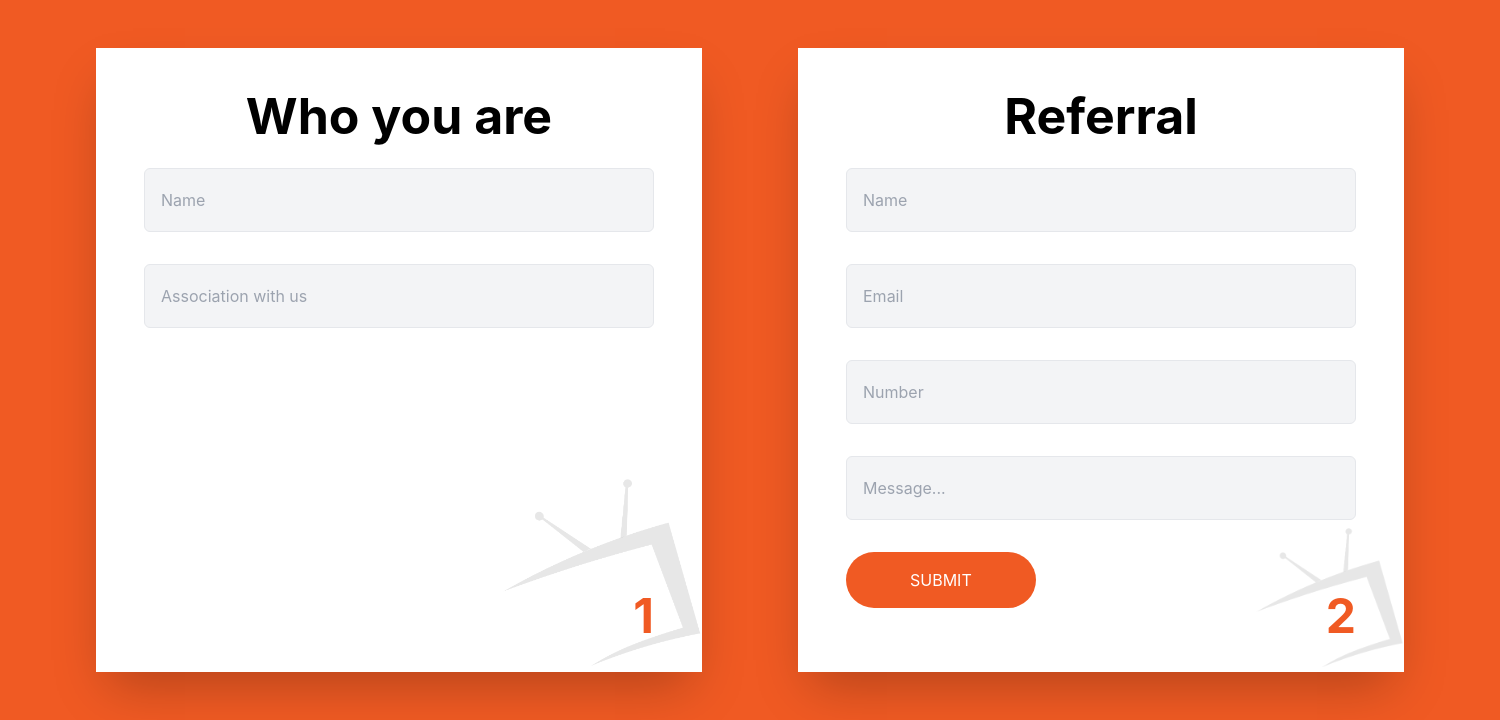
Repository: legenddev1202/whyclicktv
Page: /referrel
The author's editor kept a copy of each file at every save. The page is drawn from the files as they stood at one save, then again after the next save.
The browser window is 1280 px wide. The page is 1500 px wide, so the pictures cover 1500 px, including what lies to the right of the window. The pictures show the whole page.
The project was rebuilt for these pictures with package versions that can differ from the ones it lists, and the page was loaded fresh each time. Also part of the build but not shown: src/App.css, src/pages/home.js, src/pages/about.js, src/pages/contact.js, src/pages/partners.js.

Above is the page before, as saved 2022-03-31 15:08:56.

After the next save:
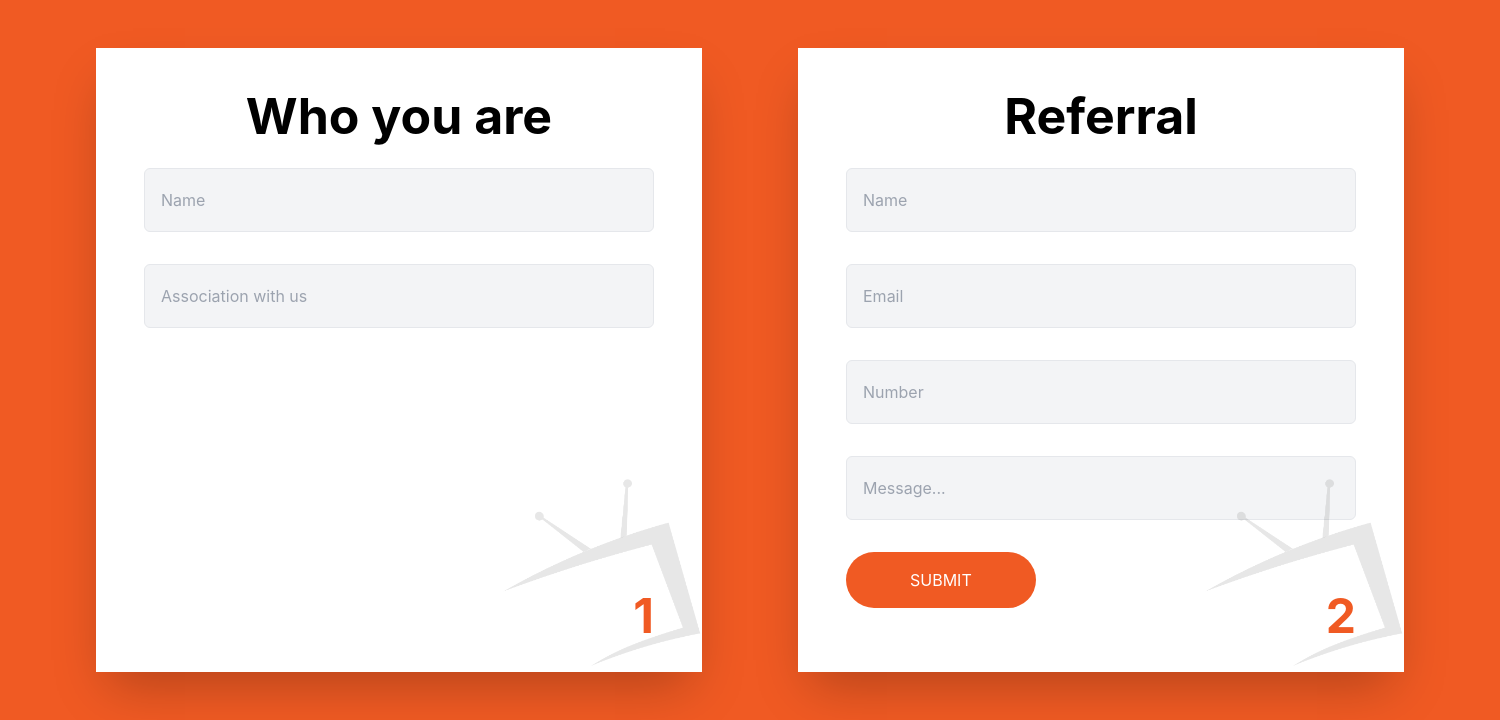
Saved 11 s later.
--- a/src/pages/referral.js
+++ b/src/pages/referral.js
@@ -75,8 +75,10 @@ function Referral() {
             </button>
           </div>
           <img
-            className="logo-icon h-36 absolute bottom-0 right-0"
+            className="logo-icon absolute bottom-0 right-0"
             src="assets/images/logos/tv-logo.png"
+            width={203}
+            height={192}
             alt="logo"
           />
           <div
